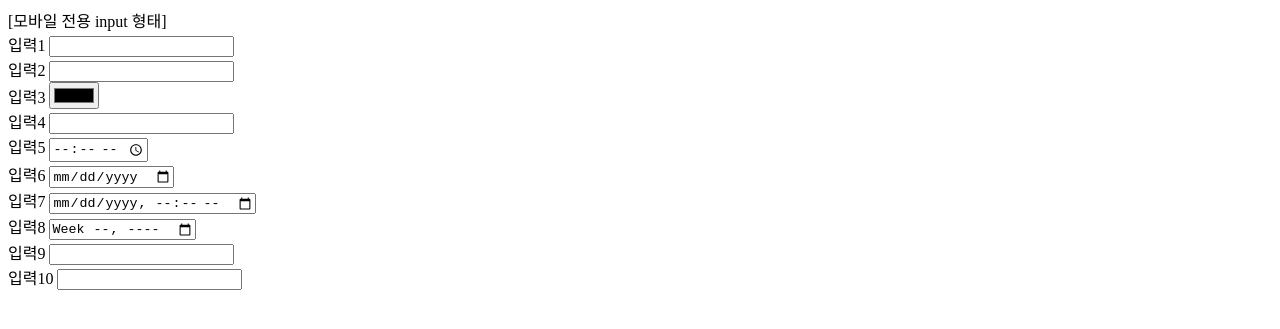
Repository: mnemion/BackendClass
Page: web/src/main/webapp/m/index.html
The author's editor kept a copy of each file at every save. The page is drawn from the files as they stood at one save, then again after the next save.
The browser window is 1280 px wide. The pictures show the whole page.

Above is the page before, as saved 2023-08-31 05:53:19.

After the next save:
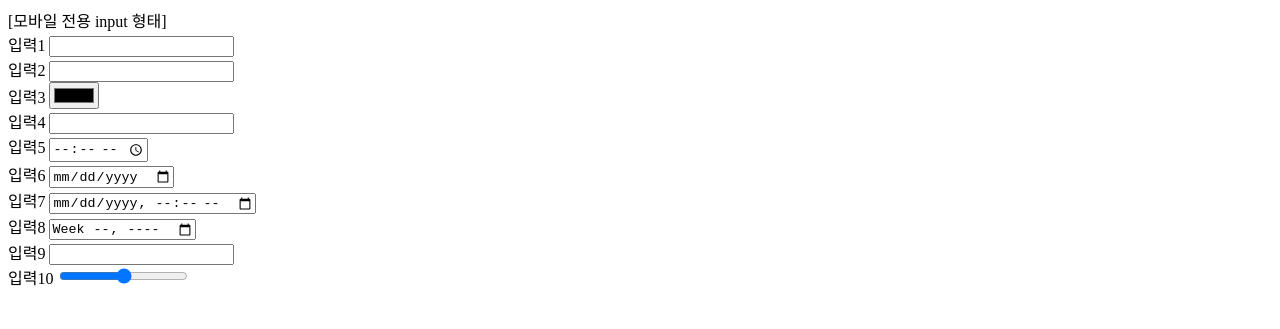
Saved 7 s later.
--- a/web/src/main/webapp/m/index.html
+++ b/web/src/main/webapp/m/index.html
@@ -16,6 +16,6 @@
 입력7 <input type="datetime-local"><br>	<!-- 날짜, 시간 동시에 입력 (P, M) -->
 입력8 <input type="week"><br>		<!-- 몇 주차 (P, M) [ios에서 작동불능] -->
 입력9 <input type="email"><br>	<!-- 이메일 (P, M) -->
-입력10 <input type="email"><br>
+입력10 <input type="range"><br>
 </body>
 </html>
